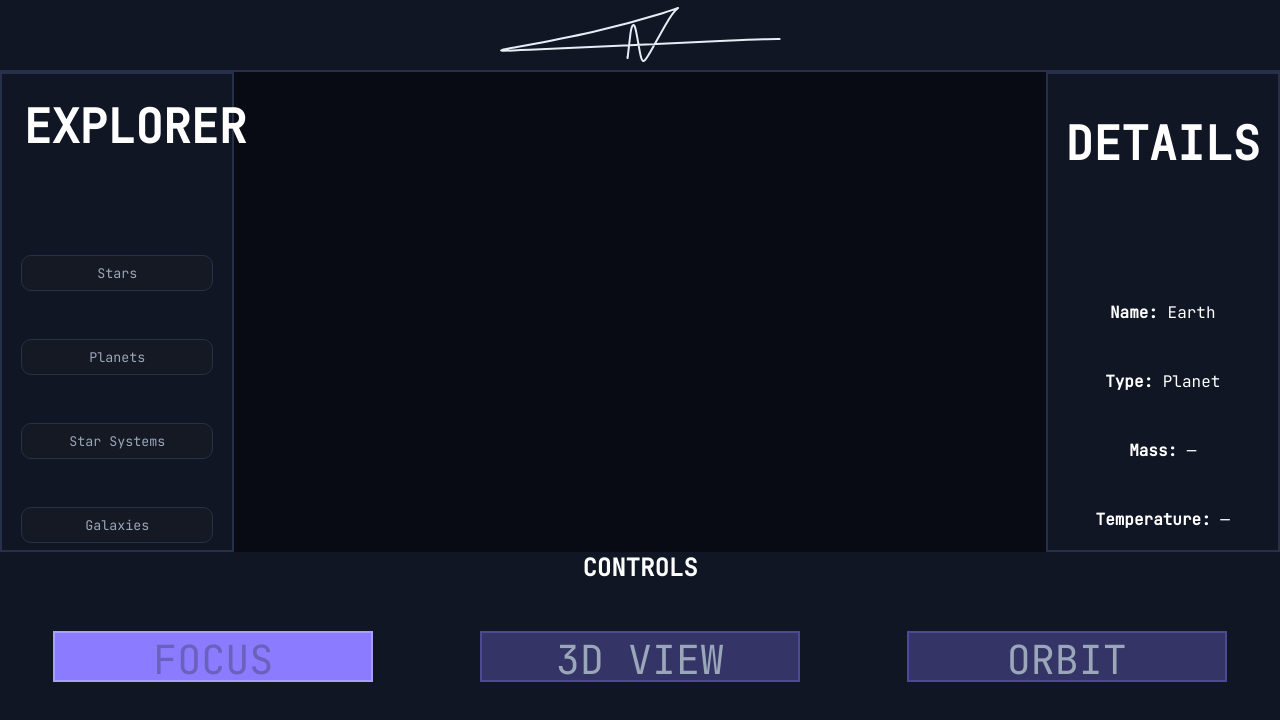
Repository: nico-madruga/Universe
Page: front-end/html/index.html
An editor plug-in stored every save of this project. The page is shown before and after the next save, followed by the edit.
The browser window is 1280 px wide. The pictures show the whole page.
The pointer rests on the first visible `.control-button`.

Above is the page before, as saved 2026-09-28 18:13:04.

After the next save:
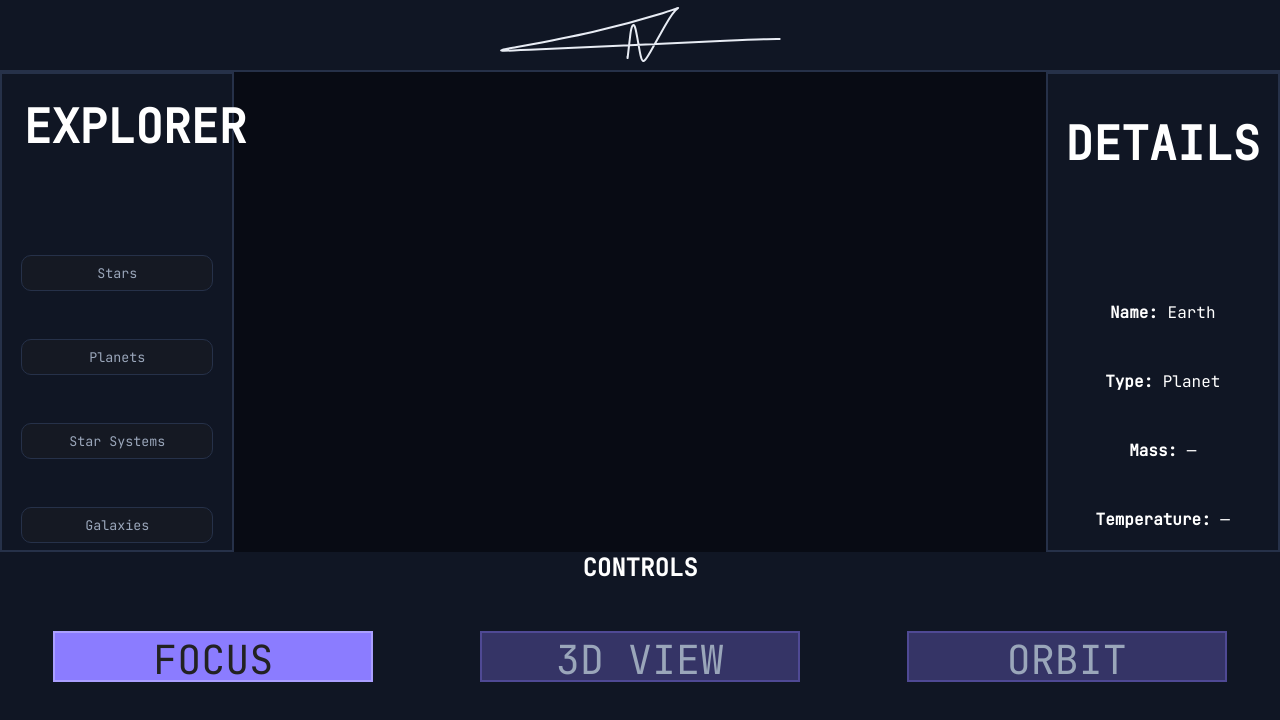
Saved 15 s later.
--- a/front-end/css/style.css
+++ b/front-end/css/style.css
@@ -164,5 +164,5 @@ body
 {
     background-color: var(--secondary-accent-color);
     border-color: var(--control-border-hover);
-    color: var(--button-color);
+    color: var(--button-border-color-hovered);
 }
